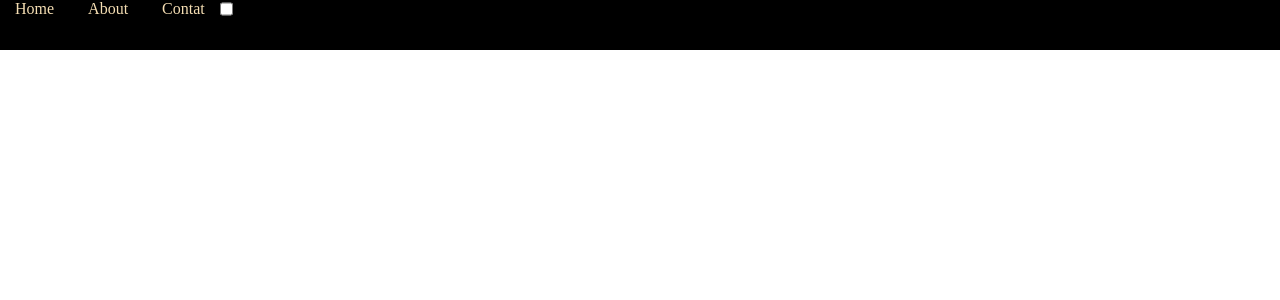
Repository: imokha01/toggleNavBar
Page: index.html
These files come from the project's save history. The page is drawn as it stood at one moment and after a run of saves; the edit follows.
The browser window is 1280 px wide. The pictures show the whole page.

Above is the page before, as saved 2023-12-26 22:16:06.

### index.html
<!DOCTYPE html>
<html lang="en">
<head>
    <meta charset="UTF-8">
    <meta name="viewport" content="width=device-width, initial-scale=1.0">
    <title>Toggle Nav Bar</title>
    <link rel="stylesheet" href="style.css">
</head>
<body>
    <header class="header">
        <div class="header__content">
            <nav class="header__content__navbar">
                <li class="header__content__navbar__list">
                    <a href="#" class="header__content__navbar__link">Home</a>
                </li>
                <li class="header__content__navbar__list">
                    <a href="#" class="header__content__navbar__link">About</a>
                </li>
                <li class="header__content__navbar__list">
                    <a href="#" class="header__content__navbar__link">Contat</a>
                </li>
            </nav>
            <input type="checkbox" class="checkbox toggle-triger">
        </div>

    </header>
</body>
</html>

### style.css
*{
    margin: 0;
    padding: 0;
    box-sizing: border-box;
}

.header {
    height: 20px;
    background: #000;
    height: 50px;

}


.header__content__navbar__list {
    display: inline-block;
    list-style-type: none;
}

.header__content__navbar__link{
    color: wheat;
    text-decoration: none;
    margin: auto;
    padding: 15px

}

.header__content {
    display: flex;

}

After the next 3 saves:
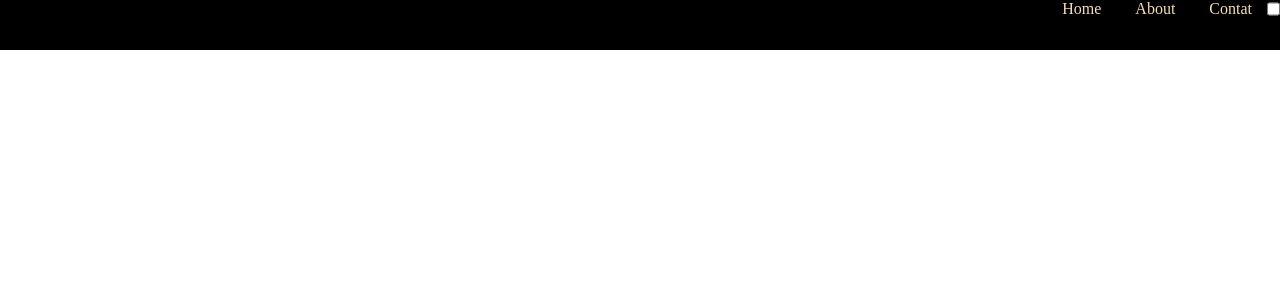
The 3 saves are shown as one change because they came seconds apart.
The last was saved 8 s later.
--- a/style.css
+++ b/style.css
@@ -27,5 +27,5 @@
 
 .header__content {
     display: flex;
-
+    justify-content: end;
 }
